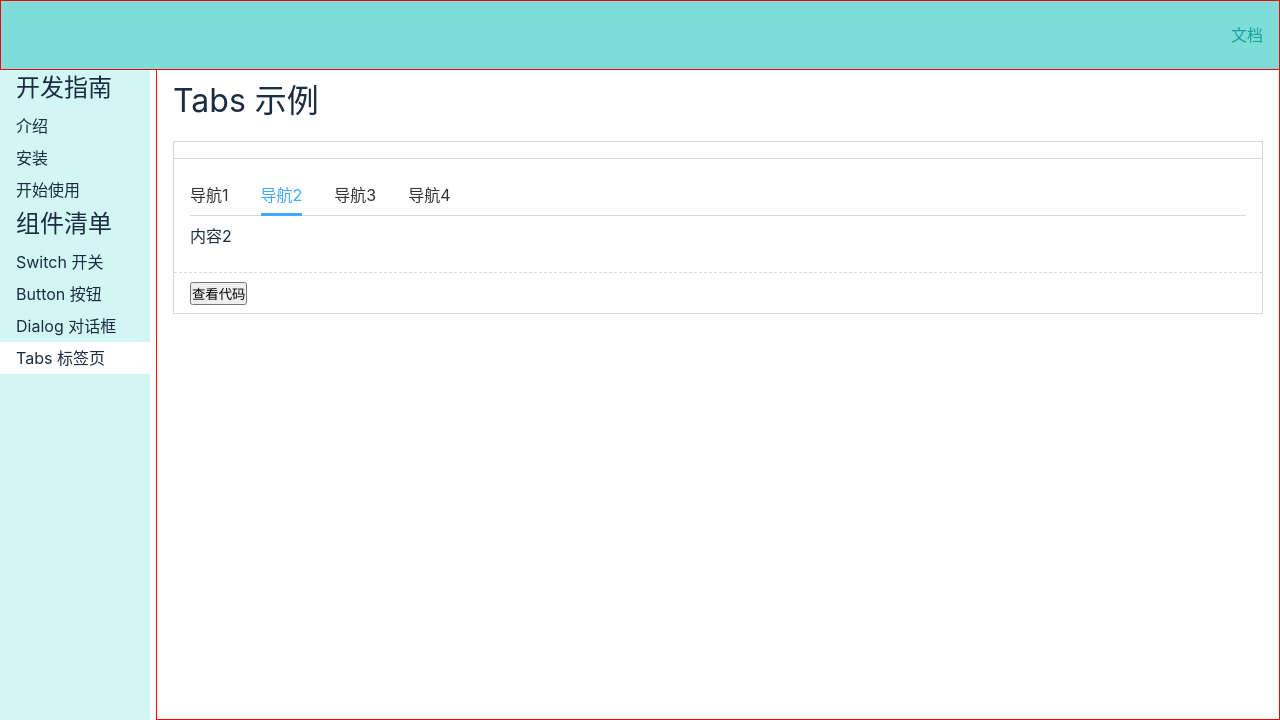
Repository: cnqinglin/vue3-vite-UI
Page: /#/doc/tabs
These files come from the project's save history. The page is drawn as it stood at one moment and after the next save; the edit follows.
The browser window is 1280 px wide. The pictures show the whole page.
The project was rebuilt for these pictures with package versions that can differ from the ones it lists, and the page was loaded fresh each time. Also part of the build but not shown: vite.config.ts, src/views/Home.vue, src/components/markdown.vue. Imported but missing from the stored project, and not drawn on this page: src/components/ButtonDemo.vue, src/components/DialogDemo.vue, src/components/SwitchDemo.vue.

Above is the page before, as saved 2022-04-20 07:38:00.

### index.html
<!DOCTYPE html>
<html lang="en">
<head>
  <meta charset="UTF-8">
  <link rel="icon" href="/favicon.ico" />
  <meta name="viewport" content="width=device-width, initial-scale=1.0">
  <title>Vite App</title>
  <script src="//at.alicdn.com/t/font_3335850_pz9r2az7n8.js"></script>
</head>
<body>
  <div id="app"></div>
  <script type="module" src="/src/main.ts"></script>
</body>
</html>

### src/main.ts
import "./lib/gulu.scss";
import "./index.scss";
import { createApp } from "vue";
import App from "./App.vue";
import { router } from "./router";
import "github-markdown-css";
import Markdown from './components/markdown.vue'

const app = createApp(App);
app.component('Markdown',Markdown)
app.use(router);
app.mount("#app");

### src/lib/gulu.scss
[class^="gulu-"], [class*=" gulu-"] {
  margin: 0;
  padding: 0;
  box-sizing: border-box;
  font-size: 16px;
  // 为什么这样写 font-family
  // 答案见 https://github.com/zenozeng/fonts.css/
  font-family: -apple-system, "Noto Sans", "Helvetica Neue", Helvetica,
    "Nimbus Sans L", Arial, "Liberation Sans", "PingFang SC", "Hiragino Sans GB",
    "Noto Sans CJK SC", "Source Han Sans SC", "Source Han Sans CN",
    "Microsoft YaHei", "Wenquanyi Micro Hei", "WenQuanYi Zen Hei", "ST Heiti",
    SimHei, "WenQuanYi Zen Hei Sharp", sans-serif;
}

### src/index.scss
* {
  margin: 0;
  padding: 0;
  box-sizing: border-box;
}
ul,
ol {
  list-style: none;
}
a {
  text-decoration: none;
  color: inherit;
  &:hover {
    text-decoration: underline;
    cursor: pointer;
  }
}
h1,
h2,
h3,
h4,
h5,
h6 {
  font-weight: normal;
}

body {
  line-height: 1.5;
  color: #1d2c40;
  font-size: 16px;
  // 为什么这样写 font-family
  // 答案见 https://github.com/zenozeng/fonts.css/
  font-family: -apple-system, "Noto Sans", "Helvetica Neue", Helvetica,
    "Nimbus Sans L", Arial, "Liberation Sans", "PingFang SC", "Hiragino Sans GB",
    "Noto Sans CJK SC", "Source Han Sans SC", "Source Han Sans CN",
    "Microsoft YaHei", "Wenquanyi Micro Hei", "WenQuanYi Zen Hei", "ST Heiti",
    SimHei, "WenQuanYi Zen Hei Sharp", sans-serif;
}

### src/App.vue
<template>
  <router-view />
</template>

<script lang="ts">
import { ref, provide } from "vue";
import { router } from "./router";

export default {
  name: "App",
  setup() {
    const width = document.documentElement.clientWidth;
    const menuVisible = ref(width <= 500 ? false : true);
    provide("menuVisible", menuVisible); // set
    router.afterEach(() => {
      if (width <= 500) {
        menuVisible.value = false;
      }
    });
  },
};
</script>

### src/router.ts
import { createWebHashHistory, createRouter } from "vue-router";
import Home from "./views/Home.vue";
import Doc from "./views/Doc.vue";
import SwitchDemo from "./components/SwitchDemo.vue";
import ButtonDemo from "./components/ButtonDemo.vue";
import DialogDemo from "./components/DialogDemo.vue";
import TabsDemo from "./components/TabsDemo.vue";
import DocDemo from "./components/DocDemo.vue";
import { h } from "vue";
import Markdown from './components/markdown.vue'

const history = createWebHashHistory();

const x = path => {
  return h(Markdown,{'path':`../markdown/${path}.md`,key:Math.random()})
}

export const router = createRouter({
  history: history,
  routes: [
    { path: "/", component: Home },
    {
      path: "/doc",
      component: Doc,
      children: [
        { path: "", redirect:'/doc/intro' },
        { path: "intro", component: x('intro')},
        { path: "install", component:x('install') },
        { path: "use", component: x('use')},
        { path: "switch", component: SwitchDemo },
        { path: "button", component: ButtonDemo },
        { path: "dialog", component: DialogDemo },
        { path: "tabs", component: TabsDemo },
      ],
    },
  ],
});
router.afterEach(() => {
  console.log("路由切换了");
});

### src/views/Doc.vue
<template>
  <div class="layout">
    <Topnav :toggleMenuButtonVisible="true" class="nav" />
    <div class="content">
      <aside v-if="menuVisible">
        <h2>开发指南</h2>
        <ol>
            <li>
            <router-link to="/doc/intro">介绍</router-link>
          </li>
          <li>
            <router-link to="/doc/install">安装</router-link>
          </li>
          <li>
            <router-link to="/doc/use">开始使用</router-link>
          </li>
        </ol>
        <h2>组件清单</h2>
        <ol>
          <li>
            <router-link to="/doc/switch">Switch 开关</router-link>
          </li>
          <li>
            <router-link to="/doc/button">Button 按钮</router-link>
          </li>
          <li>
            <router-link to="/doc/dialog">Dialog 对话框</router-link>
          </li>
          <li>
            <router-link to="/doc/tabs">Tabs 标签页</router-link>
          </li>
        </ol>
      </aside>
      <main class="main">
        <router-view />
      </main>
    </div>
  </div>
</template>
<script lang="ts">
import Topnav from "../components/Topnav.vue";
import { inject, Ref } from "vue";
export default {
  components: { Topnav },
  setup() {
    const menuVisible = inject<Ref<boolean>>("menuVisible"); // get
    return { menuVisible };
  },
};
</script>
<style lang="scss" scoped>
$z-index:10;
.layout {
  display: flex;
  flex-direction: column;
  height: 100vh;
  > .nav {
    flex-shrink: 0;
  }
  > .content {
    flex-grow: 1;
    padding-top: 60px;
    padding-left: 156px;
    @media (max-width: 500px) {
      padding-left: 0;
    }
  }
}
.content {
  display: flex;
  > aside {
    flex-shrink: 0;
  }
  > main {
    flex-grow: 1;
    padding: 16px;
    background: white;
  }
}
aside {
  background: rgb(209, 246, 244);
  width: 150px;
  padding: 16px 0px;
  position: fixed;
  top: 0;
  left: 0;
  padding-top: 70px;
  height: 100%;
  z-index:$z-index;
  > h2 {
    margin-bottom: 4px;
    padding: 0 16px;
  }
  > ol {
    > li {
      > a {
        display:block;
        text-decoration: none;
        padding:4px 16px;
      }
      .router-link-active {
        background:white;
      }
    }
  }
}
main {
  overflow: auto;
  border: 1px solid red;
  padding: 20px 16px;
}
</style>

### src/components/TabsDemo.vue
<template>
<h1>Tabs 示例</h1>
<Demo :component="Tabs1Demo" />
</template>

<script lang="ts">
import Demo from './Demo.vue'
import Tabs1Demo from './Tabs1.demo.vue'
export default {
  components: {
    Demo
  },
  setup() {
    return {
      Tabs1Demo
    }
  }
}
</script>

### src/components/Topnav.vue
<template>
  <div class="topnav">
    <router-link to="/" class="logo">
      <svg class="icon" aria-hidden="true">
        <use xlink:href="#icon-vue3-UI"></use>
    </svg>
    </router-link>
    <ul class="menu">
      <router-link to="/doc">文档</router-link>
    </ul>
    <svg v-if="toggleMenuButtonVisible" class="toggleAside" @click="toggleMenu">
      <use xlink:href="#icon-menu"></use>
    </svg>
  </div>
</template>
<script lang="ts">
import { inject, Ref } from "vue";
export default {
  props:{
    toggleMenuButtonVisible:{
      type:Boolean,
      default:false
    }
  },
  setup() {
    const menuVisible = inject<Ref<boolean>>("menuVisible"); // get
    const toggleMenu = () => {
      menuVisible.value = !menuVisible.value;
    };
    return { toggleMenu };
  },
};
</script>
<style lang="scss" scoped>
$text-color:#18a19a;
    .icon {
       width: .5em; height: .5em;
       vertical-align: -0.15em;
       fill: currentColor;
       overflow: hidden;
    }

.topnav {
  // background: pink;
  color:$text-color;
  display: flex;
  padding: 16px;
  position: fixed;
  z-index: 20;
  top: 0;
  left: 0;
  width: 100%;
  z-index: 20;
  justify-content: center;
  align-items: center;
  border: 1px solid red;
  background: #7dddd9;
  > .logo {
    max-width: 6em;
    margin-right: auto;
    > svg {
      width :32px;
      height:32px;
    }
  }
  > .menu {
    display: flex;
    white-space: nowrap;
    flex-wrap: nowrap;
    > li {
      margin: 0 3em;
    }
  }
  > .toggleAside {
    width: 24px;
    height: 24px;
    background: fade-out(black, 0.9);
    position: absolute;
    left: 16px;
    top: 50%;
    transform: translateY(-50%);
    display: none;
  }
  @media (max-width: 500px) {
    > .menu {
      display: none;
    }
    > .logo {
      margin: 0 auto;
    }
    > .toggleAside {
      display: inline-block;
    }
  }
}
</style>

### src/components/demo.vue
<template>
    <div class="demo">
    <h2>{{component.__sourceCodeTitle}}</h2>
    <div class="demo-component">
      <component :is="component" />
    </div>
    <div class="demo-actions">
      <Button @click="visible = !visible">查看代码</Button>
    </div>
    <div class="demo-code" v-if="visible">
      <pre>{{component.__sourceCode}}</pre>
    </div>
  </div>
</template>
<script lang="ts">
import Button from '../lib/Button.vue'
import {ref} from 'vue'
export default{
    props:{
        component:Object,
    },
    setup(){
        const visible = ref(false);
        return {
            visible
        }
    }
}
</script>
<style lang="scss" scoped>
$border-color: #d9d9d9;
.demo {
  border: 1px solid $border-color;
  margin: 16px 0 32px;
  >h2 {
    font-size: 20px;
    padding: 8px 16px;
    border-bottom: 1px solid $border-color;
  }
  &-component {
    padding: 16px;
  }
  &-actions {
    padding: 8px 16px;
    border-top: 1px dashed $border-color;
  }
  &-code {
    padding: 8px 16px;
    border-top: 1px dashed $border-color;
    >pre {
      line-height: 1.1;
      font-family: Consolas, 'Courier New', Courier, monospace;
      margin: 0;
    }
  }
}
</style>

### src/components/Tabs1.demo.vue
<demo>
常规使用
</demo>
<template>
<Tabs v-model:selected="x">
  <Tab title="导航1">内容1</Tab>
  <Tab title="导航2">内容2</Tab>
  <Tab title="导航3">内容3</Tab>
  <Tab title="导航4">内容4</Tab>
</Tabs>
</template>

<script lang="ts">
import Tabs from '../lib/Tabs.vue'
import Tab from '../lib/Tab.vue'
import {
  ref
} from 'vue'
export default {
  components: {
    Tabs,
    Tab
  },
  setup() {
    const x = ref('导航2')
    return {
      x
    }
  }
}
</script>

### src/lib/tabs.vue
<template>
<div class="gulu-tabs">
  <div class="gulu-tabs-nav" ref="container">
    <div class="gulu-tabs-nav-item" v-for="(t,index) in titles" :ref="el => { if (t===selected) selectedItem = el }" @click="select(t)" :class="{selected: t=== selected}" :key="index">{{t}}</div>
    <div class="gulu-tabs-nav-indicator" ref="indicator"></div>
  </div>
  <div class="gulu-tabs-content">
    <component :is="current" :key="current.props.title" />
  </div>
</div>
</template>

<script lang="ts">
import Tab from './Tab.vue'
import {
  computed,
  ref,
  watchEffect,
  onMounted
} from 'vue'
export default {
  props: {
    selected: {
      type: String
    }
  },
  setup(props, context) {
    const selectedItem = ref < HTMLDivElement > (null)
    const indicator = ref < HTMLDivElement > (null)
    const container = ref < HTMLDivElement > (null)
    onMounted(() => {
      watchEffect(() => {
        const {
          width
        } = selectedItem.value.getBoundingClientRect()
        indicator.value.style.width = width + 'px'
        const {
          left: left1
        } = container.value.getBoundingClientRect()
        const {
          left: left2
        } = selectedItem.value.getBoundingClientRect()
        const left = left2 - left1
        indicator.value.style.left = left + 'px'
      })
    })
    const defaults = context.slots.default()
    defaults.forEach((tag) => {
      if (tag.type !== Tab) {
        throw new Error('Tabs 子标签必须是 Tab')
      }
    })
    const current = computed(() => {
      return defaults.find(tag => tag.props.title === props.selected)
    })
    const titles = defaults.map((tag) => {
      return tag.props.title
    })
    const select = (title: string) => {
      context.emit('update:selected', title)
    }
    return {
      current,
      defaults,
      titles,
      select,
      selectedItem,
      indicator,
      container
    }
  }
}
</script>

<style lang="scss">
$blue: #40a9ff;
$color: #333;
$border-color: #d9d9d9;
.gulu-tabs {
  &-nav {
    display: flex;
    color: $color;
    border-bottom: 1px solid $border-color;
    position: relative;
    &-item {
      padding: 8px 0;
      margin: 0 16px;
      cursor: pointer;
      &:first-child {
        margin-left: 0;
      }
      &.selected {
        color: $blue;
      }
    }
    &-indicator {
      position: absolute;
      height: 3px;
      background: $blue;
      left: 0;
      bottom: -1px;
      width: 100px;
      transition: all 250ms;
    }
  }
  &-content {
    padding: 8px 0;
  }
}
</style>

### src/lib/tab.vue
<template>
    <div>
        <slot />
    </div>
</template>

After the next save:
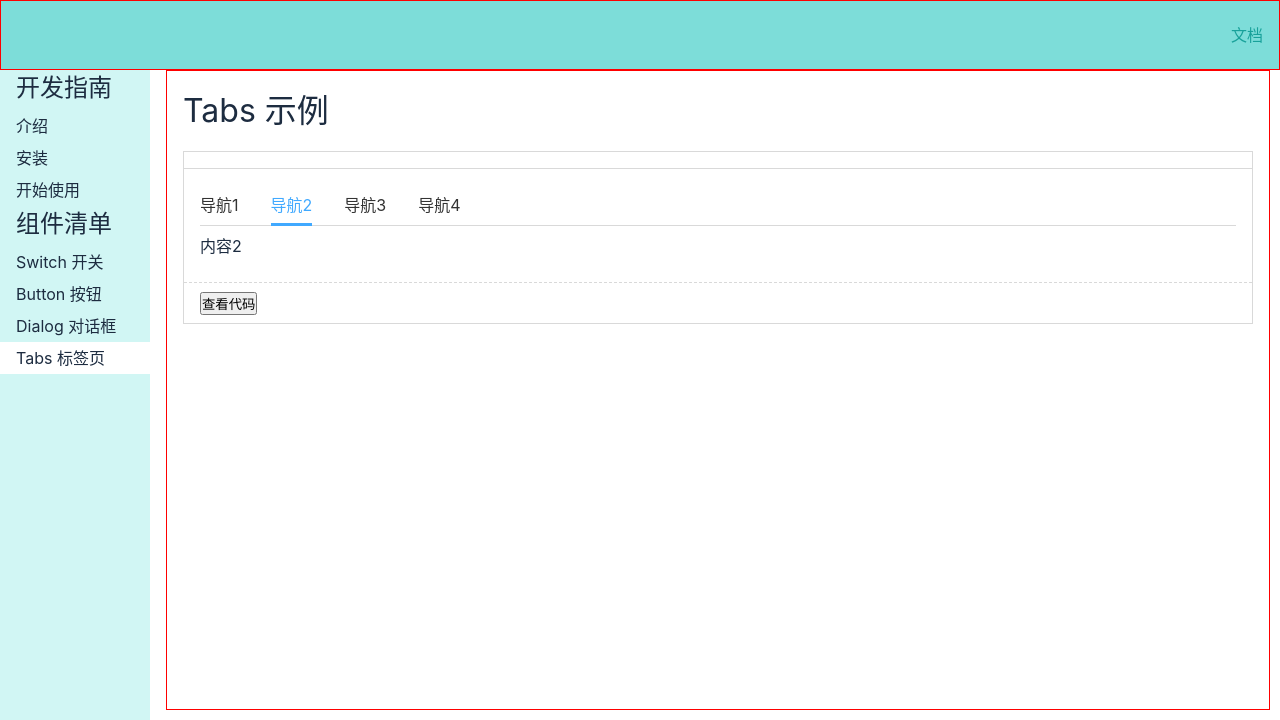
Saved 27 s later.
--- a/src/views/Doc.vue
+++ b/src/views/Doc.vue
@@ -108,5 +108,6 @@
   overflow: auto;
   border: 1px solid red;
   padding: 20px 16px;
+  margin: 10px 10px;
 }
 </style>
